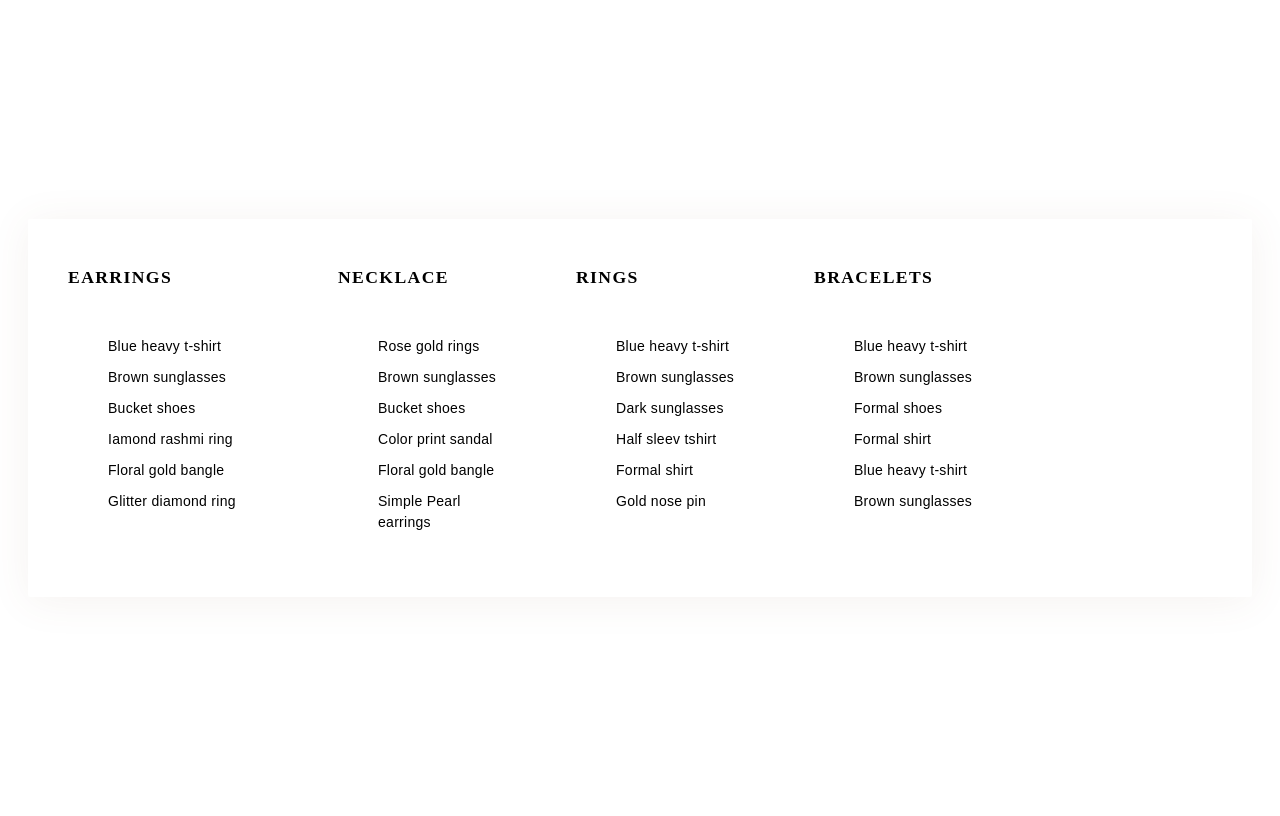
Repository: Excelsior-Technologies-Community/jelwo-hit
Page: list/shoplist.html
An editor plug-in stored every save of this project. The page is shown before and after a run of saves, followed by the edit.
The browser window is 1280 px wide. The pictures show the whole page.

Above is the page before, as saved 2026-04-06 15:26:04.

### list/shoplist.html
<!DOCTYPE html>
<html lang="en">

<head>
    <meta charset="UTF-8">
    <meta name="viewport" content="width=device-width, initial-scale=1.0">
    <title>Document</title>
    <link rel="stylesheet" href="shoplist.css">
</head>

<body>
    <div class="section-wrapper">



        <!-- Earrings -->
        <div class="category-col">
            <div class="category-title">Earrings</div>
            <ul class="item-list">
                <li>Blue heavy t-shirt</li>
                <li>Brown sunglasses</li>
                <li>Bucket shoes</li>
                <li>Iamond rashmi ring</li>
                <li>Floral gold bangle</li>
                <li>Glitter diamond ring</li>
            </ul>
        </div>

        <!-- Necklace -->
        <div class="category-col">
            <div class="category-title">Necklace</div>
            <ul class="item-list">
                <li>Rose gold rings</li>
                <li>Brown sunglasses</li>
                <li>Bucket shoes</li>
                <li>Color print sandal</li>
                <li>Floral gold bangle</li>
                <li>Simple Pearl earrings</li>
            </ul>
        </div>

        <!-- Rings -->
        <div class="category-col">
            <div class="category-title">Rings</div>
            <ul class="item-list">
                <li>Blue heavy t-shirt</li>
                <li>Brown sunglasses</li>
                <li>Dark sunglasses</li>
                <li>Half sleev tshirt</li>
                <li>Formal shirt</li>
                <li>Gold nose pin</li>
            </ul>
        </div>

        <!-- Bracelets -->
        <div class="category-col">
            <div class="category-title">Bracelets</div>
            <ul class="item-list">
                <li>Blue heavy t-shirt</li>
                <li>Brown sunglasses</li>
                <li>Formal shoes</li>
                <li>Formal shirt</li>
                <li>Blue heavy t-shirt</li>
                <li>Brown sunglasses</li>
            </ul>
        </div>

        <!-- Promo Banner -->
        <div class="promo-banner">
            <img src="https://jelwo.myshopify.com/cdn/shop/files/jewelry-4-menu-banner.jpg?v=1742635152&width=352"
                alt="Flat 30% Off on Jewelry" />
            <div class="promo-ribbon">
                <span>FLAT <em>30%</em> OFF</span>
            </div>
        </div>

    </div>
</body>

</html>

### list/shoplist.css
body {
    background: var(--cream);
    font-family: 'Jost', sans-serif;
    color: var(--text-dark);
    min-height: 100vh;
    display: flex;
    align-items: center;
    justify-content: center;
    padding: 40px 20px;
}

.section-wrapper {
    background: var(--warm-white);
    border: 1px solid var(--divider);
    border-radius: 2px;
    padding: 48px 40px;
    max-width: 1200px;
    width: 100%;
    display: grid;
    grid-template-columns: repeat(4, 1fr) auto;
    gap: 0;
    position: inline-block;
    box-shadow: 0 4px 40px rgba(122, 92, 58, 0.08);
    animation: fadeUp 0.7s ease both;
}

@keyframes fadeUp {
    from {
        opacity: 0;
        transform: translateY(24px);
    }

    to {
        opacity: 1;
        transform: translateY(0);
    }
}

.category-col {
    padding: 0 32px 0 0;
    border-right: 1px solid var(--divider);
    margin-right: 0;
    animation: fadeUp 0.7s ease both;
}

.category-col:nth-child(1) {
    animation-delay: 0.05s;
}

.category-col:nth-child(2) {
    animation-delay: 0.15s;
    padding-left: 32px;
}

.category-col:nth-child(3) {
    animation-delay: 0.25s;
    padding-left: 32px;
}

.category-col:nth-child(4) {
    animation-delay: 0.35s;
    padding-left: 32px;
    border-right: none;
    padding-right: 0;
}

.category-title {
    font-family: 'Cormorant Garamond', serif;
    font-weight: 600;
    font-size: 1.1rem;
    letter-spacing: 0.08em;
    text-transform: uppercase;
    color: var(--text-dark);
    margin-bottom: 20px;
    padding-bottom: 12px;
    border-bottom: 1.5px solid var(--gold);
    display: inline-block;
}

.item-list {
    list-style: none;
    display: flex;
    flex-direction: column;
    gap: 10px;
}

.item-list li {
    font-size: 0.875rem;
    font-weight: 300;
    color: var(--text-mid);
    letter-spacing: 0.02em;
    line-height: 1.5;
    cursor: pointer;
    transition: color 0.2s ease, padding-left 0.2s ease;
    position: relative;
}

.item-list li::before {
    content: '';
    display: inline-block;
    width: 0;
    height: 1px;
    background: var(--gold);
    vertical-align: middle;
    margin-right: 0;
    transition: width 0.25s ease, margin-right 0.25s ease;
    position: relative;
    top: -1px;
}

.item-list li:hover {
    color: var(--brown);
    padding-left: 14px;
}

.item-list li:hover::before {
    width: 8px;
    margin-right: 6px;
    position: absolute;
    left: 0;
    top: 50%;
    transform: translateY(-50%);
}

/* Promo Banner */
.promo-banner {
    width: 160px;
    min-height: 240px;
    margin-left: 32px;
    border-radius: 2px;
    overflow: hidden;
    position: relative;
    flex-shrink: 0;
    animation: fadeUp 0.7s ease 0.45s both;
    cursor: pointer;
}

.promo-banner img {
    width: 100%;
    height: 100%;
    object-fit: cover;
    display: block;
    filter: brightness(0.88);
    transition: filter 0.3s ease, transform 0.4s ease;
}

.promo-banner:hover img {
    filter: brightness(0.75);
    transform: scale(1.04);
}

.promo-ribbon {
    position: absolute;
    right: 0;
    top: 0;
    bottom: 0;
    width: 44px;
    background: var(--banner-bg);
    display: flex;
    align-items: center;
    justify-content: center;
}

.promo-ribbon span {
    font-family: 'Jost', sans-serif;
    font-weight: 500;
    font-size: 0.75rem;
    letter-spacing: 0.18em;
    text-transform: uppercase;
    color: #fff;
    writing-mode: vertical-rl;
    transform: rotate(180deg);
    white-space: nowrap;
}

.promo-ribbon span em {
    font-style: normal;
    color: var(--gold-light);
    font-weight: 600;
    font-size: 0.85rem;
}

@media (max-width: 900px) {
    .section-wrapper {
        grid-template-columns: repeat(2, 1fr);
        padding: 32px 24px;
    }

    .category-col:nth-child(2) {
        border-right: none;
    }

    .category-col:nth-child(3) {
        padding-left: 0;
        border-right: 1px solid var(--divider);
        padding-top: 28px;
    }

    .category-col:nth-child(4) {
        padding-top: 28px;
    }

    .promo-banner {
        display: none;
    }
}

@media (max-width: 560px) {
    .section-wrapper {
        grid-template-columns: 1fr;
    }

    .category-col {
        border-right: none !important;
        padding: 0 0 28px 0 !important;
        border-bottom: 1px solid var(--divider);
        margin-bottom: 28px;
    }

    .category-col:last-of-type {
        border-bottom: none;
        margin-bottom: 0;
    }
}

After the next 2 saves:
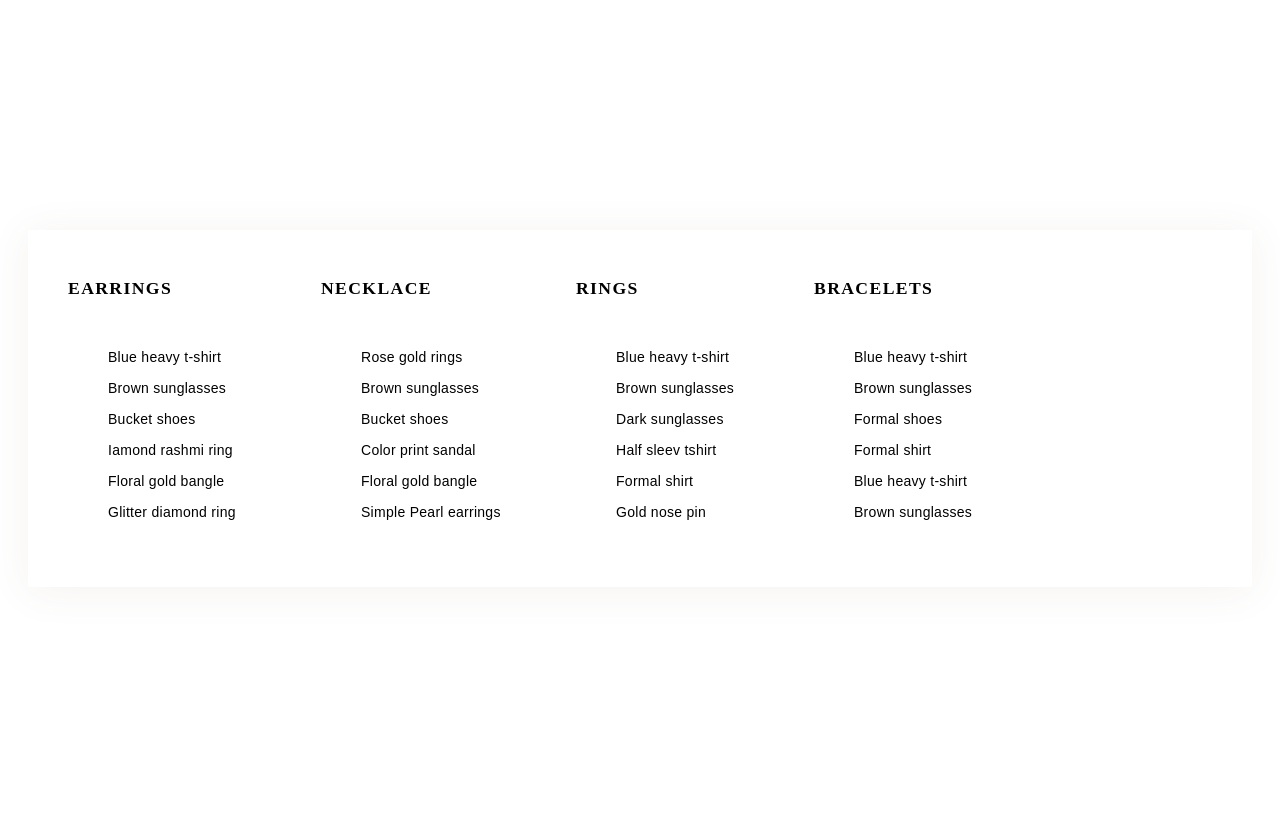
The 2 saves are shown as one change because they came seconds apart.
The last was saved 17 s later.
--- a/list/shoplist.css
+++ b/list/shoplist.css
@@ -49,7 +49,7 @@
 
 .category-col:nth-child(2) {
     animation-delay: 0.15s;
-    padding-left: 32px;
+    padding-left: 15px;
 }
 
 .category-col:nth-child(3) {

After the 2 saves that followed:
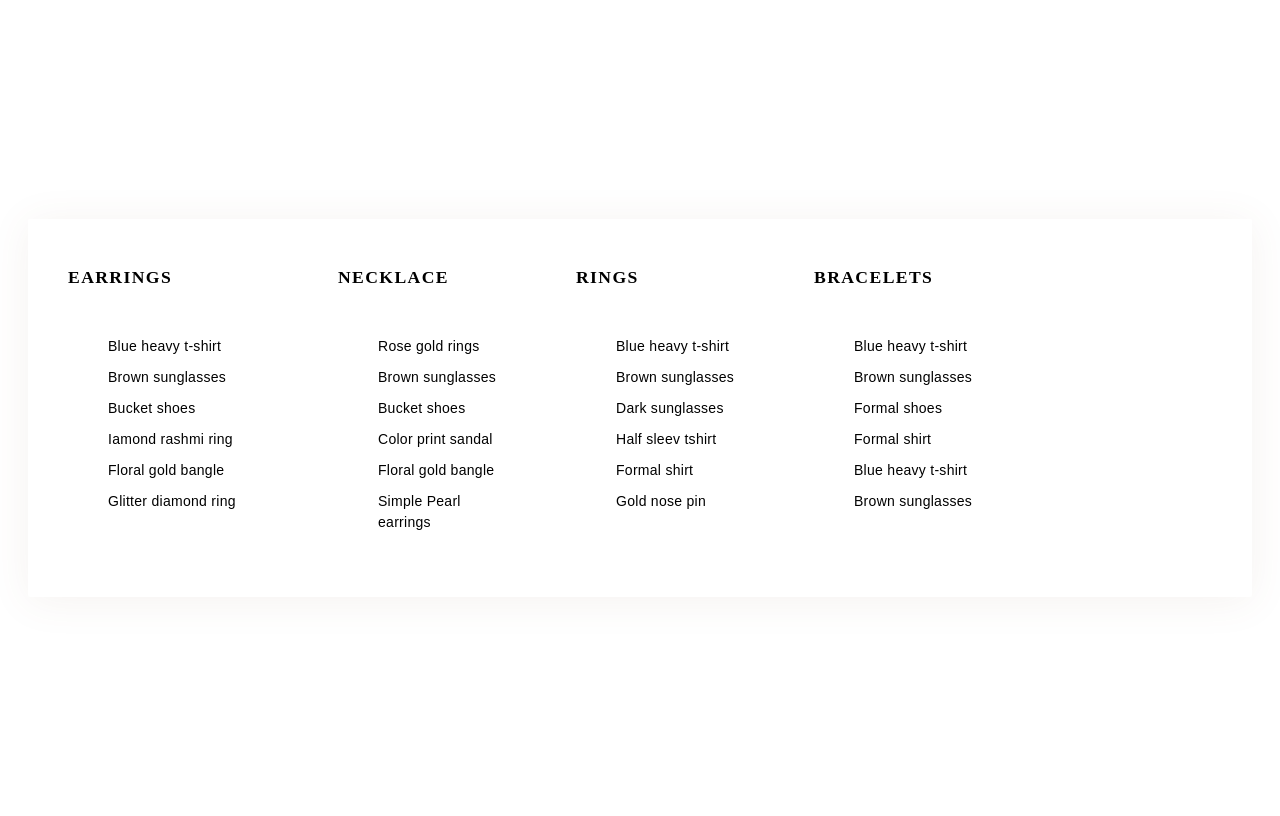
The 2 saves are shown as one change because they came seconds apart.
The last was saved 8 s later.
--- a/list/shoplist.css
+++ b/list/shoplist.css
@@ -49,7 +49,7 @@
 
 .category-col:nth-child(2) {
     animation-delay: 0.15s;
-    padding-left: 15px;
+    padding-left: 32px;
 }
 
 .category-col:nth-child(3) {
